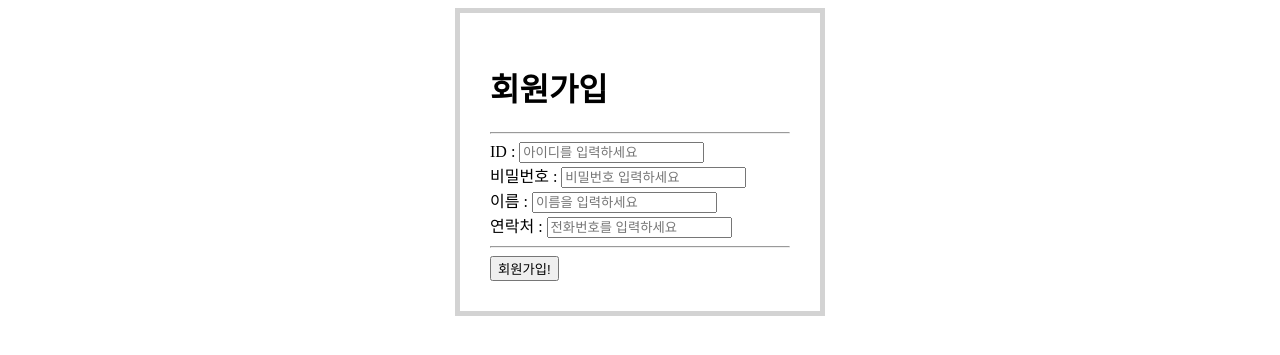
Repository: MySunTY/JSP
Page: http://localhost/JSP05/
An editor plug-in stored every save of this project. The page is shown before and after the next save, followed by the edit.
The browser window is 1280 px wide. The pictures show the whole page.
The page is served by Tomcat 9.

Above is the page before, as saved 2024-05-10 02:42:29.

### JSP05/src/main/webapp/index.jsp
<%@ page language="java" contentType="text/html; charset=utf-8"
    pageEncoding="utf-8"%>
<!DOCTYPE html>
<html>
	<head>
		<meta charset="utf-8">
		<title>간단한 회원가입</title>
		<style>
			#wrap{
				width:300px;
				border : 5px solid lightgray;

				margin : 0 auto;
				padding:30px;
			}
		</style>
	</head>
	<body>
		<div id="wrap">
			<form method="get" action="">
				<h1>회원가입</h1>
				<hr>
				ID : <input type="text" name="id" placeholder="아이디를 입력하세요"><br>
				비밀번호 : <input type="password" name="pw" placeholder="비밀번호 입력하세요"><br>
				이름 : <input type="text" name="nm" placeholder="이름을 입력하세요"><br>
				연락처 : <input type="text" name="phone" placeholder="전화번호를 입력하세요"><br>
				<hr>
				<input type="submit" value="회원가입!">

			</form>


		</div>
	</body>
</html>

After the next save:
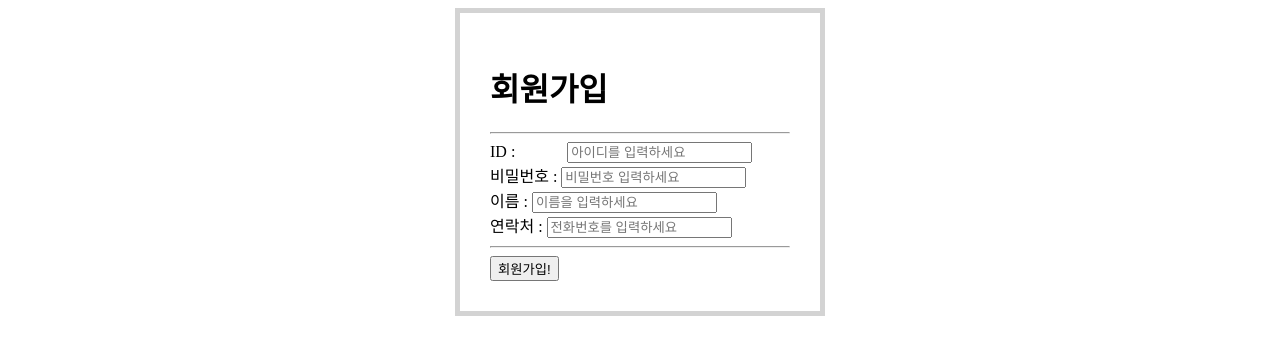
Saved 102 s later.
--- a/JSP05/src/main/webapp/index.jsp
+++ b/JSP05/src/main/webapp/index.jsp
@@ -12,6 +12,9 @@
 
 				margin : 0 auto;
 				padding:30px;
+			}
+			input[name="id"]{
+				margin-left :48px;
 			}
 		</style>
 	</head>
